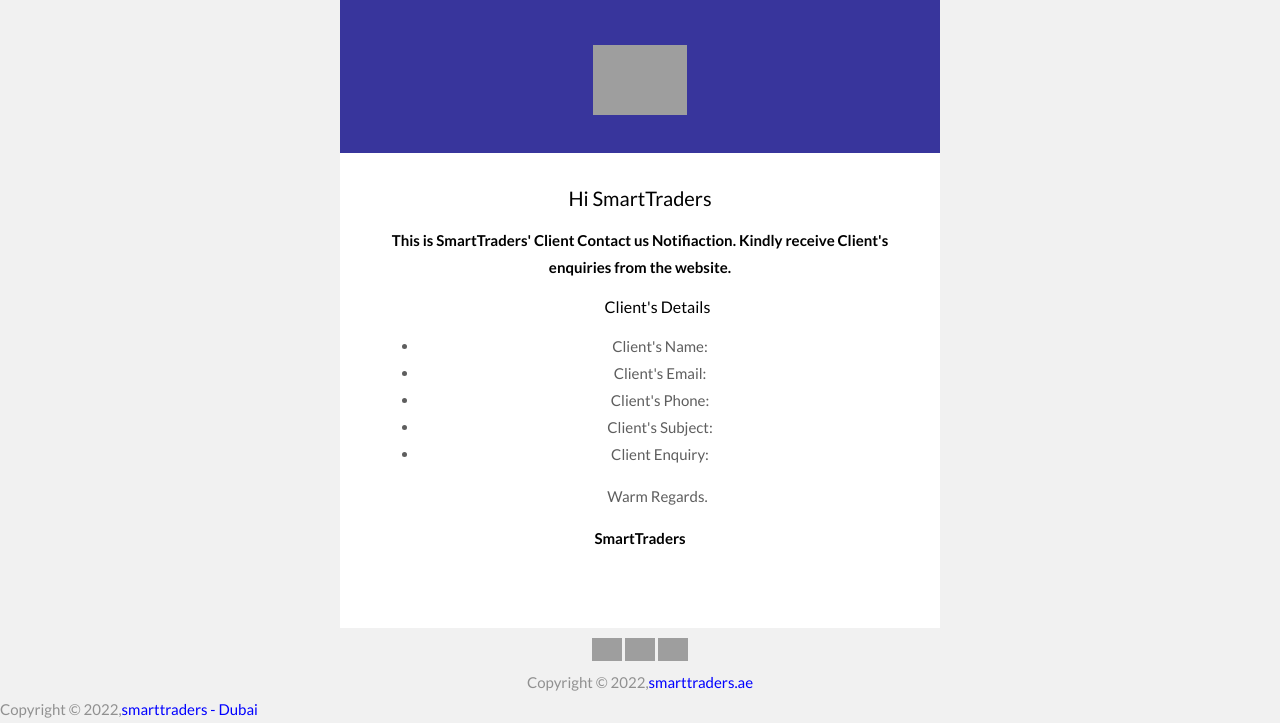
Repository: mussafiri/smarttraders
Page: resources/views/emails/ContactusEmails.blade.php
The author's editor kept a copy of each file at every save. The page is drawn from the files as they stood at one save, then again after the next save.
The browser window is 1280 px wide. The pictures show the whole page.
Pictures or frames that could not be fetched are drawn as grey boxes. The page is served by the project's Laravel application, run on PHP 8.4 with Laravel 9. Other server files are loaded and not shown. The template is opened directly, without the code that normally fills it, so the values that code supplies are empty.

Above is the page before, as saved 2022-09-30 07:38:04.

### routes/web.php
<?php

use Illuminate\Support\Facades\Route;
use App\Http\Controllers\WebsiteController;
/*
|--------------------------------------------------------------------------
| Web Routes
|--------------------------------------------------------------------------
|
| Here is where you can register web routes for your application. These
| routes are loaded by the RouteServiceProvider within a group which
| contains the "web" middleware group. Now create something great!
| #b99566
| #F8B232
*/

Route::get('/', function () { return view('index');});
Route::get('/aboutus', [WebsiteController::class, 'aboutus']);
Route::get('/investments', [WebsiteController::class, 'investments']);
Route::get('/products', [WebsiteController::class, 'products']);
Route::get('/contactus', [WebsiteController::class, 'contactus']);
Route::get('/privacy', [WebsiteController::class, 'privacy']);
Route::get('/terms', [WebsiteController::class, 'terms']);
Route::get('/disclaimer', [WebsiteController::class, 'disclaimer']);
Route::post('/submit/contactus', [WebsiteController::class, 'submitContactus']);

### resources/views/emails/ContactusEmails.blade.php
<!DOCTYPE html>
<html lang="en" xmlns="http://www.w3.org/1999/xhtml" xmlns:v="urn:schemas-microsoft-com:vml" xmlns:o="urn:schemas-microsoft-com:office:office">
<head>
    <meta charset="utf-8"> <!-- utf-8 works for most cases -->
    <meta name="viewport" content="width=device-width"> <!-- Forcing initial-scale shouldn't be necessary -->
    <meta http-equiv="X-UA-Compatible" content="IE=edge"> <!-- Use the latest (edge) version of IE rendering engine -->
    <meta name="x-apple-disable-message-reformatting">  <!-- Disable auto-scale in iOS 10 Mail entirely -->
    <title></title> <!-- The title tag shows in email notifications, like Android 4.4. -->

    <link href="https://fonts.googleapis.com/css?family=Lato:300,400,700" rel="stylesheet">


    <style>

        /* What it does: Remove spaces around the email design added by some email clients. */
        /* Beware: It can remove the padding / margin and add a background color to the compose a reply window. */
        html,
body {
    margin: 0 auto !important;
    padding: 0 !important;
    height: 100% !important;
    width: 100% !important;
    background: #f1f1f1;
}

/* What it does: Stops email clients resizing small text. */
* {
    -ms-text-size-adjust: 100%;
    -webkit-text-size-adjust: 100%;
}

/* What it does: Centers email on Android 4.4 */
div[style*="margin: 16px 0"] {
    margin: 0 !important;
}

/* What it does: Stops Outlook from adding extra spacing to tables. */
table,
td {
    mso-table-lspace: 0pt !important;
    mso-table-rspace: 0pt !important;
}

/* What it does: Fixes webkit padding issue. */
table {
    border-spacing: 0 !important;
    border-collapse: collapse !important;
    table-layout: fixed !important;
    margin: 0 auto !important;
}

/* What it does: Uses a better rendering method when resizing images in IE. */
img {
    -ms-interpolation-mode:bicubic;
}

/* What it does: Prevents Windows 10 Mail from underlining links despite inline CSS. Styles for underlined links should be inline. */
a {
    text-decoration: none;
}

/* What it does: A work-around for email clients meddling in triggered links. */
*[x-apple-data-detectors],  /* iOS */
.unstyle-auto-detected-links *,
.aBn {
    border-bottom: 0 !important;
    cursor: default !important;
    color: inherit !important;
    text-decoration: none !important;
    font-size: inherit !important;
    font-family: inherit !important;
    font-weight: inherit !important;
    line-height: inherit !important;
}

/* What it does: Prevents Gmail from displaying a download button on large, non-linked images. */
.a6S {
    display: none !important;
    opacity: 0.01 !important;
}

/* What it does: Prevents Gmail from changing the text color in conversation threads. */
.im {
    color: inherit !important;
}

/* If the above doesn't work, add a .g-img class to any image in question. */
img.g-img + div {
    display: none !important;
}

/* What it does: Removes right gutter in Gmail iOS app: https://github.com/TedGoas/Cerberus/issues/89  */
/* Create one of these media queries for each additional viewport size you'd like to fix */

/* iPhone 4, 4S, 5, 5S, 5C, and 5SE */
@media only screen and (min-device-width: 320px) and (max-device-width: 374px) {
    u ~ div .email-container {
        min-width: 320px !important;
    }
}
/* iPhone 6, 6S, 7, 8, and X */
@media only screen and (min-device-width: 375px) and (max-device-width: 413px) {
    u ~ div .email-container {
        min-width: 375px !important;
    }
}
/* iPhone 6+, 7+, and 8+ */
@media only screen and (min-device-width: 414px) {
    u ~ div .email-container {
        min-width: 414px !important;
    }
}

    </style>

    <style>

	    .primary{
	background: #30e3ca;
}
.bg_white{
	background: #ffffff;
}
.bg_light{
	background: #fafafa;
}
.bg_black{
	background: #000000;
}
.bg_dark{
	background: rgba(0,0,0,.8);
}
.email-section{
	padding:2.5em;
}

/*BUTTON*/
.btn{
	padding: 10px 15px;
	display: inline-block;
}
.btn.btn-primary{
	border-radius: 30px;
	background: #38359c;
	color: #ffffff;
    padding: 5px 30px 5px 30px;
}
.btn.btn-white{
	border-radius: 5px;
	background: #ffffff;
	color: #000000;
}
.btn.btn-white-outline{
	border-radius: 5px;
	background: transparent;
	border: 1px solid #fff;
	color: #fff;
}
.btn.btn-black-outline{
	border-radius: 0px;
	background: transparent;
	border: 2px solid #000;
	color: #000;
	font-weight: 700;
}

h1,h2,h3,h4,h5,h6{
	font-family: 'Lato', sans-serif;
	color: #000000;
	margin-top: 0;
	font-weight: 400;
}

body{
	font-family: 'Lato', sans-serif;
	font-weight: 400;
	font-size: 15px;
	line-height: 1.8;
	color: rgba(0,0,0,.4);
}

a{
	color: blue;
}

table{
}
/*LOGO*/

.logo h1{
	margin: 0;
}
.logo h1 a{
	color: #30e3ca;
	font-size: 24px;
	font-weight: 700;
	font-family: 'Lato', sans-serif;
}

/*HERO*/
.hero{
	position: relative;
	z-index: 0;
}

.hero .text{
	color: #000;
}
.hero .text h2{
	color: #000;
	font-size: 20px;
	margin-bottom: 0;
	font-weight: 400;
	line-height: 1.4;
}
.hero .text h3{
	font-size: 24px;
	font-weight: 300;
}
.hero .text h2 span{
	font-weight: 600;
	color: #30e3ca;
}


/*HEADING SECTION*/
.heading-section{
}
.heading-section h2{
	color: #000000;
	font-size: 28px;
	margin-top: 0;
	line-height: 1.4;
	font-weight: 400;
}
.heading-section .subheading{
	margin-bottom: 20px !important;
	display: inline-block;
	font-size: 13px;
	text-transform: uppercase;
	letter-spacing: 2px;
	color: rgba(0,0,0,.4);
	position: relative;
}
.heading-section .subheading::after{
	position: absolute;
	left: 0;
	right: 0;
	bottom: -10px;
	content: '';
	width: 100%;
	height: 2px;
	background: #30e3ca;
	margin: 0 auto;
}

.heading-section-white{
	color: rgba(255,255,255,.8);
}
.heading-section-white h2{
	font-family:
	line-height: 1;
	padding-bottom: 0;
}
.heading-section-white h2{
	color: #ffffff;
}
.heading-section-white .subheading{
	margin-bottom: 0;
	display: inline-block;
	font-size: 13px;
	text-transform: uppercase;
	letter-spacing: 2px;
	color: rgba(255,255,255,.4);
}


ul.social{
	padding: 0;
}
ul.social li{
	display: inline-block;
	margin-right: 10px;
}

/*FOOTER*/

.footer{
	border-top: 1px solid rgba(0,0,0,.05);
	color: rgba(0,0,0,.5);
}
.footer .heading{
	color: #000;
	font-size: 20px;
}
.footer ul{
	margin: 0;
	padding: 0;
}
.footer ul li{
	list-style: none;
	margin-bottom: 10px;
}
.footer ul li a{
	color: rgba(0,0,0,1);
}

@media screen and (max-width: 500px) {

}
</style>
</head>

<body width="100%" style="float-margin: 0; padding: 0 !important; mso-line-height-rule: exactly; background-color: #f1f1f1;">
	<center style="width: 100%; background-color: #f1f1f1;">
    <div style="max-width: 600px; margin: 0 auto;" class="email-container">
    	<!-- BEGIN BODY -->
        <table align="center" role="presentation" cellspacing="0" cellpadding="0" border="0" width="100%" style="margin: auto;">
            <tr>
                <td valign="middle" class="hero bg_white" style="padding: 3em 0 2em 0; background-color: #38359c; text-align: center;">
				<img src="http://smarttraders.ae/images/logosmarttraders.png" style="width: auto; max-width: 800px; height: 70px; margin: auto;mx:auto;">
                </td>
            </tr>
            <tr>
                <td valign="middle" class="hero bg_white" style="padding: 2em 0 4em 0;">
                    <table>
                        <tr>
                            <td style="text-align: center" align="center">
                                <div class="text" style="padding: 0 2.5em; text-align: center;" align="center">
                                    <h2 style="text-align: center">Hi SmartTraders</h2>
                                    <p style="text-align: center"><b>This is SmartTraders' Client Contact us Notifiaction. Kindly receive Client's enquiries from the website.</b></p>

                                    <h2 style="font-size:medium;margin-left:35px;">Client's Details</h2>
                                     <ul style="color: #5e5e5e;">
                                         <li style="color: #5e5e5e;">Client's Name: <b>{{ $data['clientName'] }} </b></li>
                                         <li style="color: #5e5e5e;">Client's Email: <b>{{ $data['clientEmail'] }} </b></li>
                                         <li style="color: #5e5e5e;">Client's Phone: <b>{{ $data['clientPhone'] }} </b></li>
                                         <li style="color: #5e5e5e;">Client's Subject: <b>{{ $data['clientSubjectTopic'] }}</b></li>
                                         <li style="color: #5e5e5e;">Client Enquiry: <b> {{ $data['clientMessage'] }} </b></li>
                                     </ul>
                                    <p style="color: #5e5e5e; margin-left:35px"> Warm Regards.</p>
									<p style="text-align: center"><b>SmartTraders</b></p>
                                </div>
                            </td>
                        </tr>
                    </table>
                </td>
            </tr>
            <tr>
           		<td style="text-align: center; padding-top: 10px">
                    <a href="{{'https://twitter.com/smarttraderss'}}"><img src="http://smarttraders.ae/images/iconmonstr-twitter-4-32.png" style="width: 30px"></a>
                    <a href="{{'https://medium.com/@smarttraderss'}}"><img src="http://smarttraders.ae/images/iconmonstr-medium-4-32.png" style="width: 30px"></a>
                    <a href="{{'https://www.linkedin.com/company/smarttraderss'}}"><img src="http://smarttraders.ae/images/iconmonstr-linkedin-4-32.png" style="width: 30px"></a>
                </td>
            </tr>
            <tr>
                <td style="text-align: center">
                    Copyright © <?php echo date("Y"); ?>,<a href="smarttraders.ae">smarttraders.ae</a>
                </td>
            </tr>
        </table>

    </div>
  </center>
</body>
</html>
<!-- Facebook -->

<!-- Twitter -->
<!-- <i class="fab fa-twitter"></i> -->

<!-- Google -->
<!-- <i class="fab fa-google"></i> -->

<!-- Instagram -->
<!-- <i class="fab fa-instagram"></i> -->

<!-- <i class="fab fa-youtube"></i> -->
					<a href="{{'https://twitter.com/smarttraderss'}}"><i class="fab fa-twitter"></i></a>
                    <a href="{{'https://medium.com/@smarttraderss'}}"><i class="fab fa-facebook-f"></i></a>
                    <a href="{{'https://www.linkedin.com/company/bestway-capital-management'}}"><i class="fab fa-linkedin-in"></i></a>
                </td>
            </tr>
            <tr>
                <td style="text-align: center">
                    Copyright © <?php echo date("Y"); ?>,<a href="smarttraders.ae">smarttraders - Dubai</a>
                </td>
            </tr>
        </table>

    </div>
  </center>
</body>
</html>

After the next save:
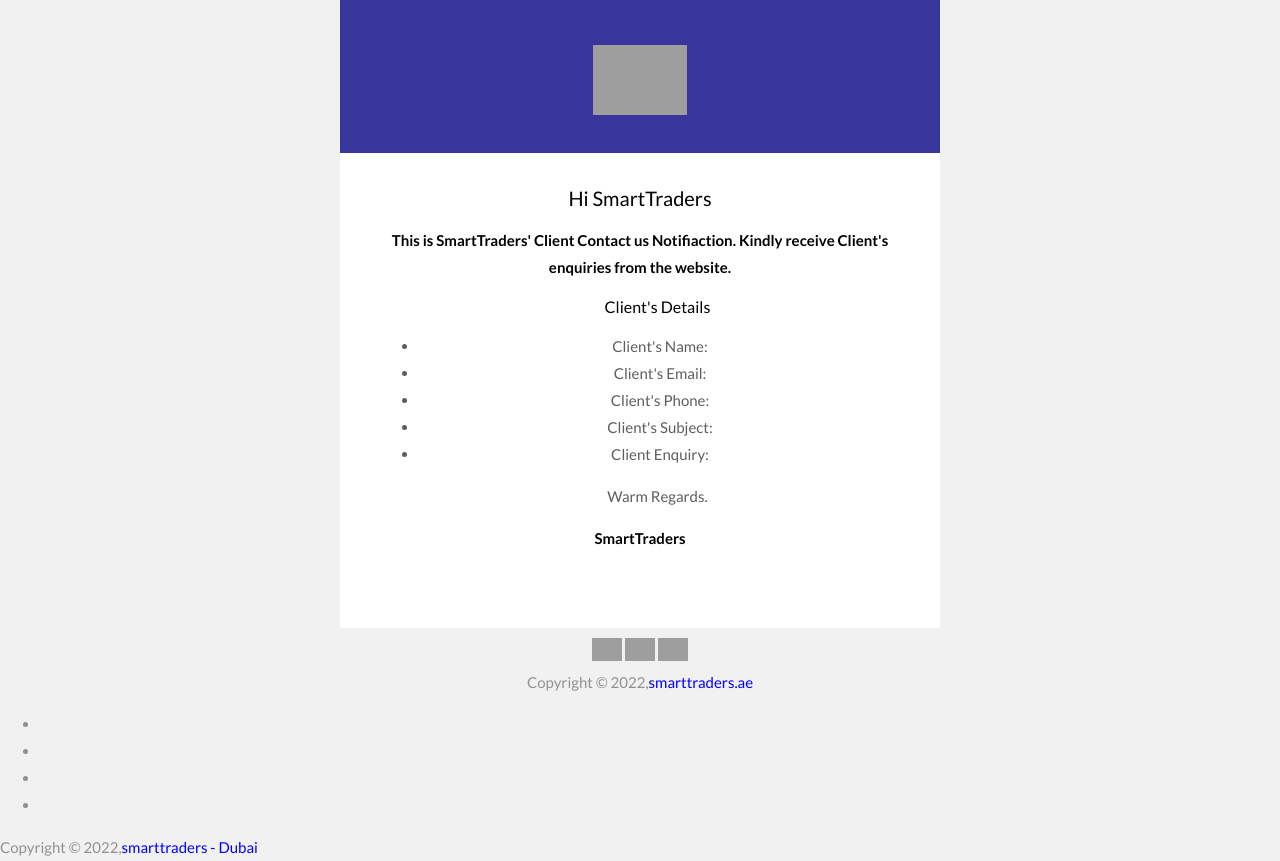
Saved 58 s later.
--- a/resources/views/emails/ContactusEmails.blade.php
+++ b/resources/views/emails/ContactusEmails.blade.php
@@ -376,9 +376,13 @@ ul.social li{
 <!-- <i class="fab fa-instagram"></i> -->
 
 <!-- <i class="fab fa-youtube"></i> -->
-					<a href="{{'https://twitter.com/smarttraderss'}}"><i class="fab fa-twitter"></i></a>
-                    <a href="{{'https://medium.com/@smarttraderss'}}"><i class="fab fa-facebook-f"></i></a>
-                    <a href="{{'https://www.linkedin.com/company/bestway-capital-management'}}"><i class="fab fa-linkedin-in"></i></a>
+					<ul class="ftco-footer-social list-unstyled float-md-left float-lft mt-3">
+                        <li class="ftco-animate"><a href="index.html#"><span class="icon-twitter"></span></a></li>
+                        <li class="ftco-animate"><a href="index.html#"><span class="icon-facebook"></span></a></li>
+                        <li class="ftco-animate"><a href="index.html#"><span class="icon-instagram"></span></a></li>
+                        <li class="ftco-animate"><a href="index.html#"><span class="icon-linkedin"></span></a></li>
+                        <!-- Twitter -->
+                    </ul>
                 </td>
             </tr>
             <tr>
